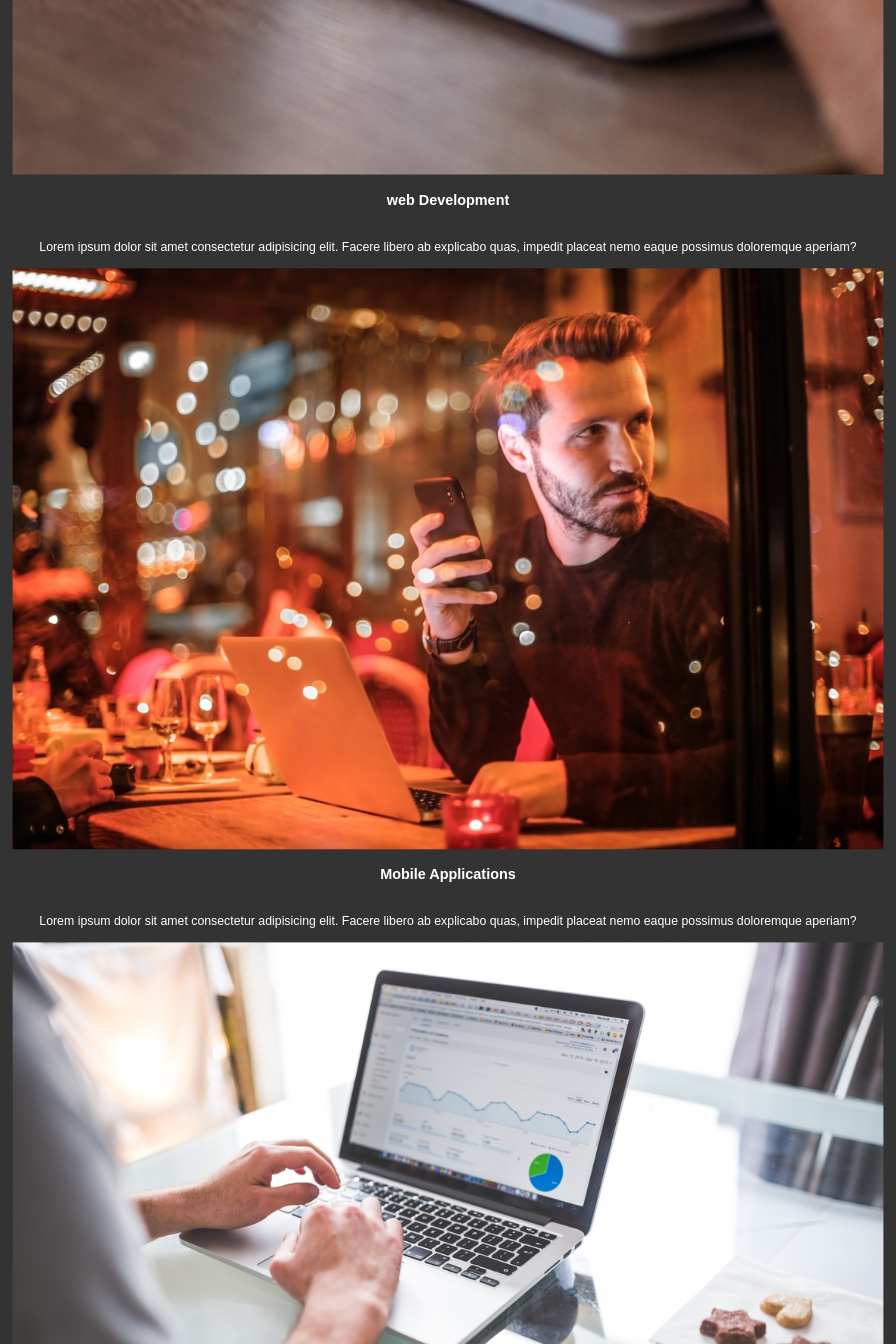
Repository: ErikBaer/MobileFirst
Page: index.html
The author's editor kept a copy of each file at every save. The page is drawn from the files as they stood at one save, then again after the next save.
The browser window is 1280 px wide. The pictures show the part of the page from y = 1275 to 3195 px (the page is 4206 px tall before and 4259 px after), at 70% of full size.

Above is the page before, as saved 2020-02-15 03:10:28.

### index.html
<!DOCTYPE html>
<html lang="en">
<head>
    <meta charset="UTF-8">
    <meta name="viewport" content="width=device-width, initial-scale=1.0">
    <link rel="stylesheet" type="text/css" href="style.css">
    <title>Acme Web Solutions</title>
</head>
<body>
    <!--Header Showcase -->
   <header id="showcase" class="grid">
    <div class="bg-image"></div>
    <div class="content-wrap">
    <h1>Welcome to Acme Web Solutions</h1>
    <p>Lorem ipsum, dolor sit amet consectetur adipisicing elit.
         Consequuntur voluptas sed, rerum voluptatibus facilis
         earum consectetur repellendus? Natus, consequuntur cum!
        </p>
    <a href="#section-b" class="btn">Read More</a>
    </div>
</header>

<!-- Main Area -->

<main id="main">

    <!-- Section A -->

    <section id="section-a" class="grid">
        <div class="content-wrap">
            <h2 class="content-title">Web & Application Development</h2>
            <p>Lorem ipsum dolor sit amet consectetur, adipisicing elit.
                Distinctio, unde, natus excepturi illum maxime animi
                voluptatum tempore, aperiam voluptate sapiente enim quod
                 eligendi illo accusamus vel adipisci? Quos minus eius
                 perspiciatis ut, aliquam quidem ullam minima illo
                 repellendus earum quae.</p>
        </div>
    </section>

    <!-- Section B -->

    <section id="section-b" class="grid">
        <ul>
            <li>
                <div class="card">
                    <img src="./Assets/Coding-Person.jpg" alt="">
                    <div class="card-content">
                        <h3 class="card-title">web Development</h3>
                        <p>Lorem ipsum dolor sit amet consectetur
                            adipisicing elit. Facere libero ab explicabo
                            quas, impedit placeat nemo eaque possimus
                            doloremque aperiam?</p>
                    </div>
                </div>
            </li>
            <li>
                <div class="card">
                    <img src="./Assets/mobile-man.jpg" alt="">
                    <div class="card-content">
                        <h3 class="card-title">Mobile Applications</h3>
                        <p>Lorem ipsum dolor sit amet consectetur
                            adipisicing elit. Facere libero ab explicabo
                            quas, impedit placeat nemo eaque possimus
                            doloremque aperiam?</p>
                    </div>
                </div>
            </li>
            <li>
                <div class="card">
                    <img src="./Assets/charts.jpg" alt="">
                    <div class="card-content">
                        <h3 class="card-title">Tech Marketing</h3>
                        <p>Lorem ipsum dolor sit amet consectetur
                            adipisicing elit. Facere libero ab explicabo
                            quas, impedit placeat nemo eaque possimus
                            doloremque aperiam?</p>
                    </div>
                </div>
            </li>
        </ul>
    </section>

    <!-- Section C -->
    <section id="section-c" class="grid">
        <div class="content-wrap">
            <h2 class="content-title"> We handle all of your digital needs</h2>
            <p>Lorem, ipsum dolor sit amet consectetur adipisicing elit.
                Neque asperiores pariatur dolorem ipsum dicta recusandae
                 optio vel doloremque deserunt maiores?</p>
        </div>
    </section>

    <!-- Section D -->

    <section class="section-d grid">
        <div class="box">
            <h2 class="content-title">Contact Us</h2>
            <p>Lorem ipsum dolor sit, amet consectetur adipisicing elit.
                 Alias, totam quas ipsam doloremque dignissimos doloribus
                 laudantium aut provident dolore. Maxime!</p>
            <p>contact@acmewebsolutions.test</p>
        </div>
        <div class="box">
            <h2 class="content-title">About Our Company</h2>
            <p>Lorem ipsum dolor, sit amet consectetur adipisicing elit.
                Delectus ut placeat, nulla inventore laboriosam quisquam!
                Porro, asperiores libero molestiae a facilis et, ex magni
                 nostrum rem delectus quia ut? Vitae.</p>
        </div>
    </section>
</main>

<!-- Footer -->

<footer id="main-footer" class="grid">
    <div>Acme Web Solutins</div>
    <div>Project by <a href="www.baerdata.de" target="blank">Erik Baer</a></div>
</footer>

</body>
</html>

### style.css
body {
    margin: 0;
    font-family: Arial, Helvetica, sans-serif;
    background-color: #333;
    color: white;
    font-size:1.1em;
    line-height: 1.5;
    text-align: center;
}

img {
    display:block;
    width:100%;
    height: auto;
}

h1, h2, h3 {
    margin:0;
    padding: 1em 0;
}

p {
    margin: 0;
    padding: 1em 0;
}

.btn {
    display: inline-block;
    background: 333;
    color: white;
    text-decoration: none;
    padding: 1em 2em;
    border: 1px solid #666;
    margin: .5em 0
}

.btn:hover {
  background: #eaeaea;
  color: #333;
}

/* Header Showcase */

#showcase {
    min-height: 450px;
    color: #fff;
    text-align: center;
}

#showcase .bg-image {
    position: absolute;
    background: #333 url(/Assets/code.jpg);
    background-position: center;
    background-repeat: no-repeat;
    background-size: cover;
    width: 100%;
    height: 450px;
    z-index: -1;
    opacity: 0.4;
}

#showcase h1 {
    padding-top: 100px;
    padding-bottom: 0;
}

#showcase .content-wrap,
#section-a .content-wrap {
    padding: 0 1.5em;
}


/* Section A */

#section-a {
    background: #eaeaea;
    color: #333;
    padding-bottom: 2em;
}


/* Section B */

#section-b {
    padding: 2em 1em 1em;
}

#section-b ul {
    list-style:none;
    margin:0;
    padding:0;
}

After the next save:
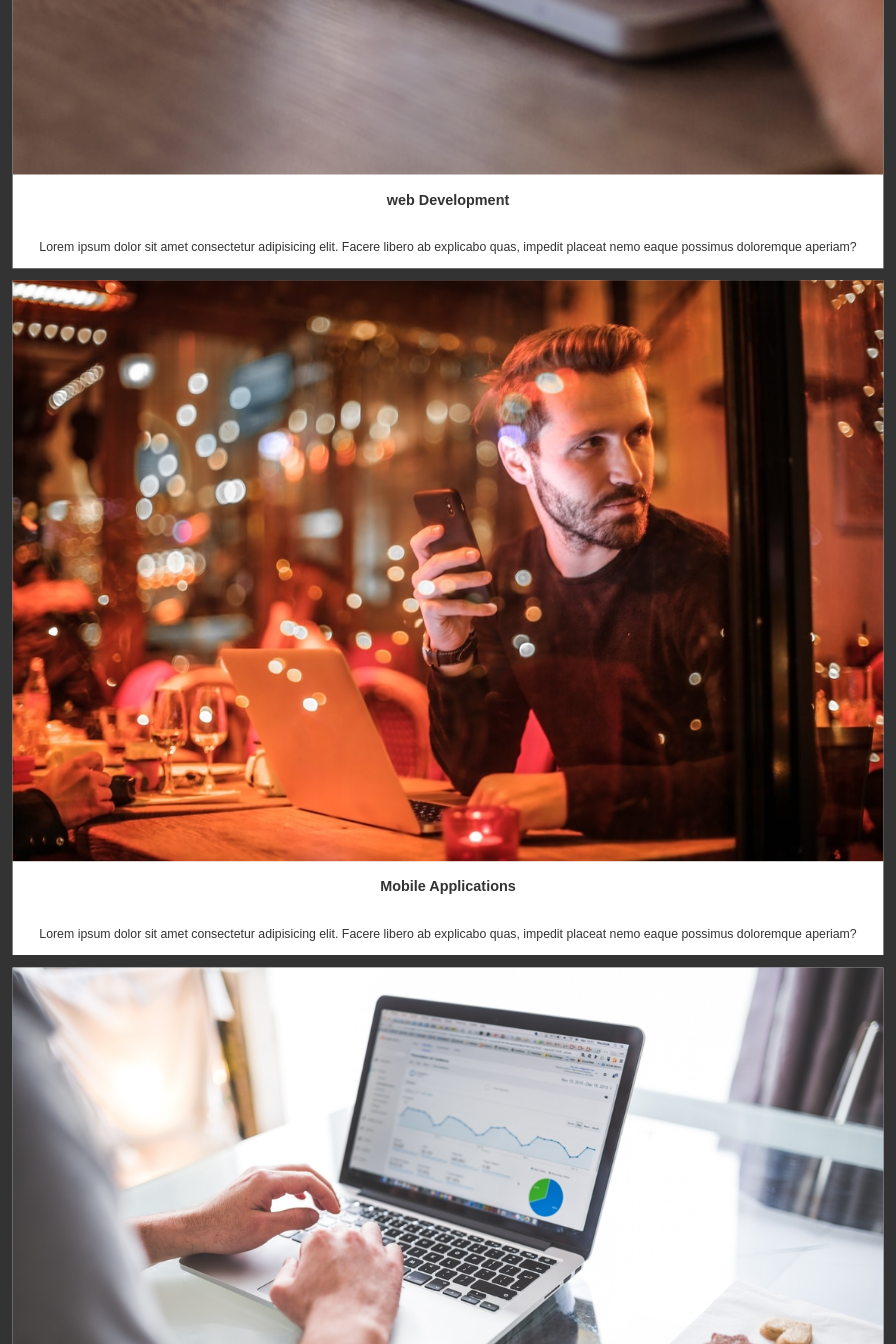
Saved 95 s later.
--- a/style.css
+++ b/style.css
@@ -90,3 +90,10 @@ p {
     margin:0;
     padding:0;
 }
+
+#section-b li {
+    margin-bottom: 1em;
+    background: #fff;
+    color: #333;
+
+}
